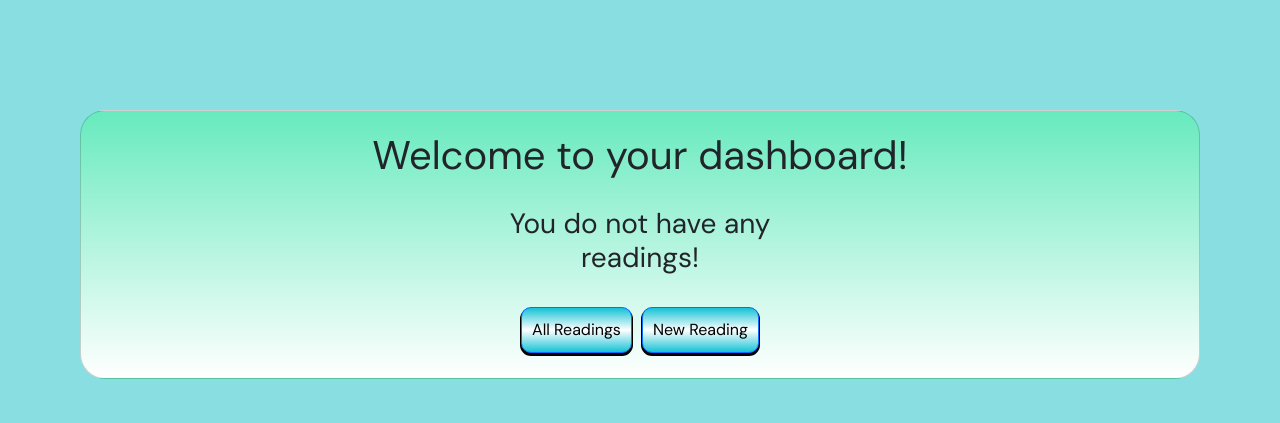
Repository: aiodell/my-glucose-checkup
Page: /dashboard (app in client/)
The author's editor kept a copy of each file at every save. The page is drawn from the files as they stood at one save, then again after the next save.
The browser window is 1280 px wide. The pictures show the whole page.
The page's requests for data from a server got no answer. The project was rebuilt for these pictures with package versions that can differ from the ones it lists, and the page was loaded fresh each time. No one was signed in, and anything a server would have sent is missing. Also part of the build but not shown: client/src/components/Login.js, client/src/components/Signup.js, client/src/components/AllReadings.js, client/src/components/NewReading.js, client/src/components/Home.js, client/src/components/BglUpdateForm.js, client/src/components/BglEventDetails.js, client/src/components/NewBglEvent.js and 8 more.

Above is the page before, as saved 2022-10-06 07:02:25.

### client/src/index.js
import React from 'react';
import ReactDOM from 'react-dom/client';
import {BrowserRouter as Router} from "react-router-dom";
import 'bootstrap/dist/css/bootstrap.min.css';
import App from './App';

const root = ReactDOM.createRoot(document.getElementById('root'));
root.render(
  <React.StrictMode>
  <Router>
    <App />
  </Router>
  </React.StrictMode>
);

### client/src/App.js
import { useState, useEffect } from "react"
import { Switch, Route, useHistory } from "react-router-dom"
import NavBar from "./components/NavBar"
import Login from "./components/Login"
import Signup from "./components/Signup"
import Dashboard from "./components/Dashboard"
import AllReadings from "./components/AllReadings"
import NewReading from "./components/NewReading"
import Home from "./components/Home"
import BglEventDetails from "./components/BglEventDetails"
import NewBglEvent from "./components/NewBglEvent"
import Events from "./components/Events"
import UserProfile from "./components/UserProfile"
import CreateProfile from "./components/CreateProfile"
import AllUsers from "./components/AllUsers"
import './styles.css'

const App = () => {
  const [currentUser, setCurrentUser] = useState("")
  const [readings, setReadings] = useState([])
  const [events, setEvents] = useState([])
  const [users, setUsers] = useState([])
  const [following, setFollowing] = useState([])
  const history = useHistory()

  useEffect( () => {
    fetch(`/auto-login`)
    .then((r) => {
      if (r.ok) {
        r.json().then((user) => setCurrentUser(user))
      }else{
        history.push("/login")
      }
    })
  }, [ ])

	useEffect(() => {
		fetch("/events")
		.then((r) => r.json())
		.then(setEvents)
	}, [])

  useEffect(() => {
		fetch("/bgls")
		.then((r) => r.json())
		.then(setReadings)
	}, [])

  useEffect(() => {
    fetch("/users")
    .then((r) => r.json())
    .then(setUsers)
  }, [])

  useEffect(() => {
    fetch("/relationships")
    .then((r) => r.json())
    .then(setFollowing)
  }, [])

  const updateUser = (user) => setCurrentUser(user)

  const addNewReading = (newReading) => {setReadings(readings => [...readings, newReading])}

  const deleteReading = (deletedReading) => {
    setReadings((readings) => readings.filter((reading) => reading.id !== deletedReading))
  }

  const deleteEvent = (deletedEvent) => {
    setEvents((events) => events.filter((event) => event.id !== deletedEvent))
  }

  const updateBgl = (updatedBgl) => {
    setReadings((readings) => readings.map(bgl => bgl.id === updatedBgl.id ? updatedBgl : bgl))
  }

  // add follower to list
  const addNewFollow = (newFollow) => {
    setFollowing(following => [...following, newFollow])
    const copyOfCurrentUser = {...currentUser}
    copyOfCurrentUser.followees.push(newFollow)
    setCurrentUser(copyOfCurrentUser)
  }

  // delete follower from the list
  const deleteFollow = (deletedFollow) => {
    setFollowing((following) => following.filter((following) => following.id !== deletedFollow))
  }

  const removeCurrentFollowing = (deletedFollowee) => {
    const copyOfCurrentUser = {...currentUser}
    copyOfCurrentUser.followees = copyOfCurrentUser.followees.filter(followee => followee.followee_id !== deletedFollowee.followee_id)
    setCurrentUser(copyOfCurrentUser)
  }

   return (
   <div>
    <NavBar
      currentUser = {currentUser}
      updateUser = {updateUser}
    />
    <Switch>
      <Route exact path = "/login">
        <Login updateUser = {updateUser}/>
      </Route>
      <Route exact path = "/signup">
        <Signup />
      </Route>
      <Route exact path = "/dashboard">
        <Dashboard
        currentUser = {currentUser}
        readings = {readings}
        setReadings = {setReadings}
        following = {following}  // will be used to display the highs and lows of a user being followed
        users = {users}
        />
      </Route>
      <Route exact path= "/bgls/all">
        <AllReadings
        readings = {readings}
        setReadings = {setReadings}
        />
      </Route>
      <Route exact path= "/bgls/new">
        <NewReading addNewReading= {addNewReading} />
      </Route>
      <Route exact path= "/bgls/:id/">
        <BglEventDetails
          updateBgl = {updateBgl}
          deleteReading= {deleteReading}
          readings = {readings}
        />
      </Route>
      <Route exact path="/bgls/:id/bgl_events/new">
        <NewBglEvent events= {events}/>
      </Route>
      <Route exact path="/events">
        <Events
          deleteEvent = {deleteEvent}
          events = {events}
          setEvents = {setEvents}
        />
      </Route>
      <Route exact path= "/me">
        <UserProfile
        currentUser = {currentUser}
        users = {users}
        />
      </Route>
      <Route exact path = "/create-profile">
        <CreateProfile />
      </Route>
      <Route exact path= "/users">
        <AllUsers
        currentUser = {currentUser}
        users = {users}
        addNewFollow = {addNewFollow}
        deleteFollow = {deleteFollow}
        removeCurrentFollowing ={removeCurrentFollowing}
        />
      </Route>
      <Route exact path="/">
        <Home
        currentUser = {currentUser}
        setCurrentUser = {setCurrentUser}/>
      </Route>
    </Switch>
   </div>
  )
}

export default App;

### client/src/components/NavBar.js
import { useHistory, NavLink } from 'react-router-dom'
import Container from "react-bootstrap/Container"
import Nav from 'react-bootstrap/Nav';
import Navbar from 'react-bootstrap/Navbar';
import '../styles.css';

const NavBar = ({updateUser, currentUser}) => {
	const history = useHistory()

	// log out only available when logged in
	const handleLogout = (e) => {
		fetch(`/logout`, {
			method: 'DELETE'
		})
		.then(() => {
			updateUser("")
			history.push('/')
		})
	}

	return(
		<>
		{currentUser ?
			<Navbar bg="dark" variant="dark" expand="lg">
			<Container className="nav-bar">
				<Navbar.Brand>My Glucose Checkup</Navbar.Brand>
				<Navbar.Toggle aria-controls="basic-navbar-nav" />
				<Navbar.Collapse id="basic-navbar-nav"></Navbar.Collapse>
					<Nav className="me-auto">
						<NavLink className="nav-link" to="/dashboard">
							<Nav.Item>Dashboard</Nav.Item>
						</NavLink>
						<NavLink className="nav-link" to="/bgls/all">
							<Nav.Item>My BGLs</Nav.Item>
						</NavLink>
						<NavLink className="nav-link" to="/bgls/new">
							<Nav.Item>New Reading</Nav.Item>
						</NavLink>
						<NavLink className="nav-link" to="/me">
							<Nav.Item>My Account</Nav.Item>
						</NavLink>
						<NavLink className="nav-link" to="/users">
							<Nav.Item>All Users</Nav.Item>
						</NavLink>
						<Nav.Link onClick={handleLogout}>Logout</Nav.Link>
					</Nav>
			</Container>
		</Navbar> : null }
		</>
	)
}

export default NavBar

### client/src/components/Dashboard.js
import { useState, useEffect } from "react"
import {useHistory, Link, NavLink } from "react-router-dom"
import Container from "react-bootstrap/Container"
import Card from "react-bootstrap/Card"
import Button from "react-bootstrap/Button"
import Col from 'react-bootstrap/Col';
import Row from 'react-bootstrap/Row';

const Dashboard = ({currentUser}) => {
	const[readings, setReadings] = useState([])
	const[errors, setErrors] = useState([])
	const history= useHistory()

	// get the bgls for the user
	useEffect(() => {
		fetch("/bgls")
		.then(r => {
			if(r.ok){
				r.json().then(data => setReadings(data))
			}else{
				r.json().then(data => {
					setErrors(data.errors)
					history.push("/login")
				})
			}
		})
	}, [ ])

	// sort the highest, lowest, and most current value
	const lowestValue = [...readings].sort((a,b) => a.value - b.value)
	const highestValue = [...readings].sort((a,b) => b.value - a.value)
	const highestId =[...readings].sort((a,b) => b.id - a.id)

	const average = (arr) => {
		const { length } = arr
		return arr.reduce((acc, val) => {
			return acc + (val.value/length)
		}, 0)
	}

	const renderAverage = parseInt(average(readings))

	const renderLowest = lowestValue.slice(0,1).map((num) => {
		return(
			<div>
				<h2 key={num.id}> Lowest: {num.value}</h2>
			<Link to= {`/bgls/${num.id}`} className="small-link"> View Details</Link>
			</div>
		)
	})

	const renderHighest = highestValue.slice(0,1).map((num)=> {
		return(
			<div>
				<h2 key={num.id}> Highest: {num.value}</h2>
				<Link to= {`/bgls/${num.id}`} className="small-link"> View Details</Link>
			</div>
		)
	})

	const renderCurrent = highestId.slice(0,1).map((num) => {
		return(
		<>
			<Card className="current-bgl">
				<h1 className="current-txt" key={num.id}> {num.value} </h1>
			</Card>
			<Link to= {`/bgls/${num.id}`} className="small-link"> View Details</Link>
		</>
		)
	})

	// will return a dashboard alongside any highs and lows of followed users
	return(
		<Container className="container-style">
			{errors ? errors.map(e => <section>{e}</section>):null}
			<Card className="dash-container">
				{currentUser.name ? <h1 className="dash-title">
					Welcome to your dashboard, {currentUser.first_name} </h1>
					: <h1>Welcome to your dashboard!</h1> }
				{currentUser.admin ?
				<>
					<Row>
						<p>You are in admin mode</p>
							{renderCurrent}
					</Row>
						<Row className="low-high-avg">
							<Col>{renderLowest}</Col>
							<Col>
								{renderAverage === 0 ? <h3> You do not have any readings!</h3> :
								 	<h2> Average: {renderAverage}</h2>
								 }
							</Col>
							<Col>{renderHighest}</Col>
						</Row>
						<div>
							<NavLink to="/events">
								<Button className="btns" >All Events</Button>
							</NavLink>
							<NavLink to="/bgls/all">
								<Button className="btns">All Test Readings</Button>
							</NavLink>
							<NavLink to="/bgls/new">
								<Button className="btns">New Test Reading</Button>
							</NavLink>
						</div>
						<div>
							{/* Add updates from followed users here */}
						</div>
				</> :
				<>
					<Row>
						{renderCurrent}
					</Row>
						<Row className="low-high-avg">
							<Col>{renderLowest}</Col>
							<Col>
								{renderAverage === 0 ? <h3> You do not have any readings!</h3> :
								 	<h2> Average: {renderAverage}</h2>
								}
							</Col>
							<Col>{renderHighest}</Col>
						</Row>
						<div>
							<NavLink to="/bgls/all">
								<Button className="btns">All Readings</Button>
							</NavLink>
							<NavLink to="/bgls/new">
								<Button className="btns">New Reading</Button>
							</NavLink>
						</div>
				</> }
			</Card>
		</Container>
	)
}

export default Dashboard

### client/src/styles.css
@import url('https://fonts.googleapis.com/css2?family=DM+Sans&display=swap');
@import url('https://fonts.googleapis.com/css2?family=Carter+One&family=DM+Sans&display=swap');

body {
  font-family: 'DM Sans', sans-serif;
  background-color:	#89dee2;
  margin: 0px;
}

/*Universal */
.btns {
  background-image: linear-gradient(#16c2d5, #ffffff,#16c2d5);
  color: rgb(0, 0, 0);
  padding: 10px;
  margin: 5px;
  text-align: center;
  border-radius: 10px;
  box-shadow: 0px 2px 0px 1px black;
  text-decoration: none;
}

.container-style{
  text-align: center;
  padding: 10px;
  position: relative;
}

.navbar-brand{
  font-family: 'Carter One', cursive;
  font-size: 2rem;
  text-align:left
}

/*Home Page */
.Home {
  text-align: center;
}

.home-background {
  background-color: #88c7b2;
  min-height: 100vh;
  display: flex;
  flex-direction: column;
  align-items: center;
  justify-content: center;
  font-size: calc(10px + 2vmin);
  color: white;
}

.welcome {
  font-family: 'Carter One', cursive;
  text-shadow: 2px 2px black;
  text-align: center;
}

.home-btn-div {
  align-content: center;
}

/*Forms */
.form-style{
  margin-top: 100px;
  border-radius: 20px;
  box-shadow: 0px 2px 0px 1px black;
  background-image: linear-gradient(#67eabe, #ffffff);
  color: rgb(0, 0, 0);
}
.title{
  padding: 20px;
  position: relative;
}

/*Dashbord */
.dash-container{
  margin-top: 100px;
  padding: 20px;
  background-image: linear-gradient(#67eabe, #ffffff);
  border-radius: 25px;
  position: relative;
}

.current-bgl{
  border-radius: 50%;
  height: 150px;
  width: 150px;
  vertical-align: middle;
  left: 44%;
  position: relative;
  box-shadow: 2px 2px 2px 2px black;
  background-image: linear-gradient(#67eabe, #ffffff);
}

.current-txt{
  text-align: center;
  font-size: 4rem;
  padding-top: 40px;
  padding-left: 5px;
  position: relative;
}

.low-high-avg{
  padding: 20px;
  position: relative;
}

.dash-title{
  font-family: 'Carter One', cursive;
  text-shadow: 2px 2px 2px black;
  color: white
}

/*Events */

.list{
  list-style: none;
  padding: 5px;
  font-size: 150%;
}

.event-container-style{
  text-align: center;
  padding: 10px;
  position: relative;
  margin: 5px;
}

.delete-btn{
  background-image: linear-gradient(#67eabe, #ffffff);
  color: rgb(0, 0, 0);
  padding: 5px;
  margin: 5px;
  text-align: center;
  box-shadow: 0px 2px 0px 1px black;
  text-decoration: none;
}
.event-card{
  vertical-align: middle;
  left: 39%;
  position: relative;
}

/*All bgls*/
.all-bgl-container-style{
  align-content: center;
  margin-top: 20px;
  text-align: center;
  display: relative;
  position:relative;
  max-width: 50%;
}

.link-text-style{
  text-decoration: none;
}

.pages {
  display: flex;
  justify-content: center;
  margin-top: 20px;
}

.bgl-card{
  margin: 10px;
  text-decoration: none;
  color: black;
  box-shadow: 0px 2px 0px 2px black;
}

.card-title{
  font-size: 150%;
}

.search {
  width: 50%;
  text-align: center;

  position: relative;
  display: block;
  margin: auto;
  padding: 2rem;
}

.searchTerm {
  text-align: center;
  width: 100%;
  border: 3px solid #004e59;
  padding: 5px;
  height: 3rem;
  border-radius: 5px;
  outline: none;
  font-size: 1.5rem;
}

/* Profile Completion Form */
.form-title{
  text-align: center;
  margin-top: 15px;
}

.profile-completion{
  text-align: center;
  padding: 15px;
  margin: 10px;
  box-shadow: 1px 2px 0px 1px black;
  background-image: linear-gradient(#eaeaea, #ffffff);
  color: rgb(0, 0, 0);
}

.profile-label{
  margin-bottom: 5px;
  margin-top: 10px;
}

.form-check{
  margin-top: 5px
}

/*profile container*/
.profile-container{
  align-content: center;
  margin-top: 20px;
  text-align: center;
  display: relative;
  position:relative;
  max-width: 50%;
}

Loaded but not shown: client/public/index.html (common file)

After the next save:
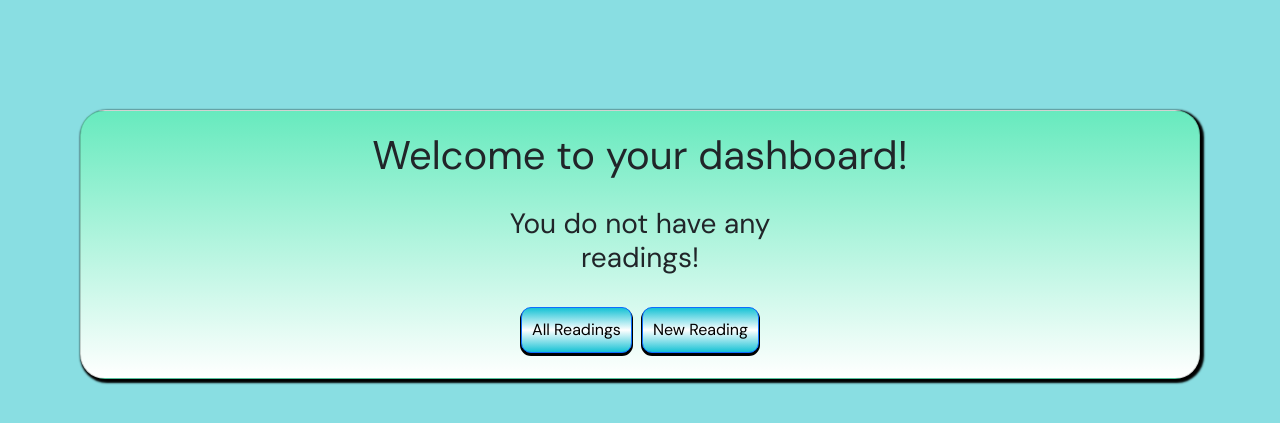
Saved 68 s later.
--- a/client/src/styles.css
+++ b/client/src/styles.css
@@ -75,6 +75,7 @@ body {
   margin-top: 100px;
   padding: 20px;
   background-image: linear-gradient(#67eabe, #ffffff);
+  box-shadow: 2px 2px 2px 2px black;
   border-radius: 25px;
   position: relative;
 }
